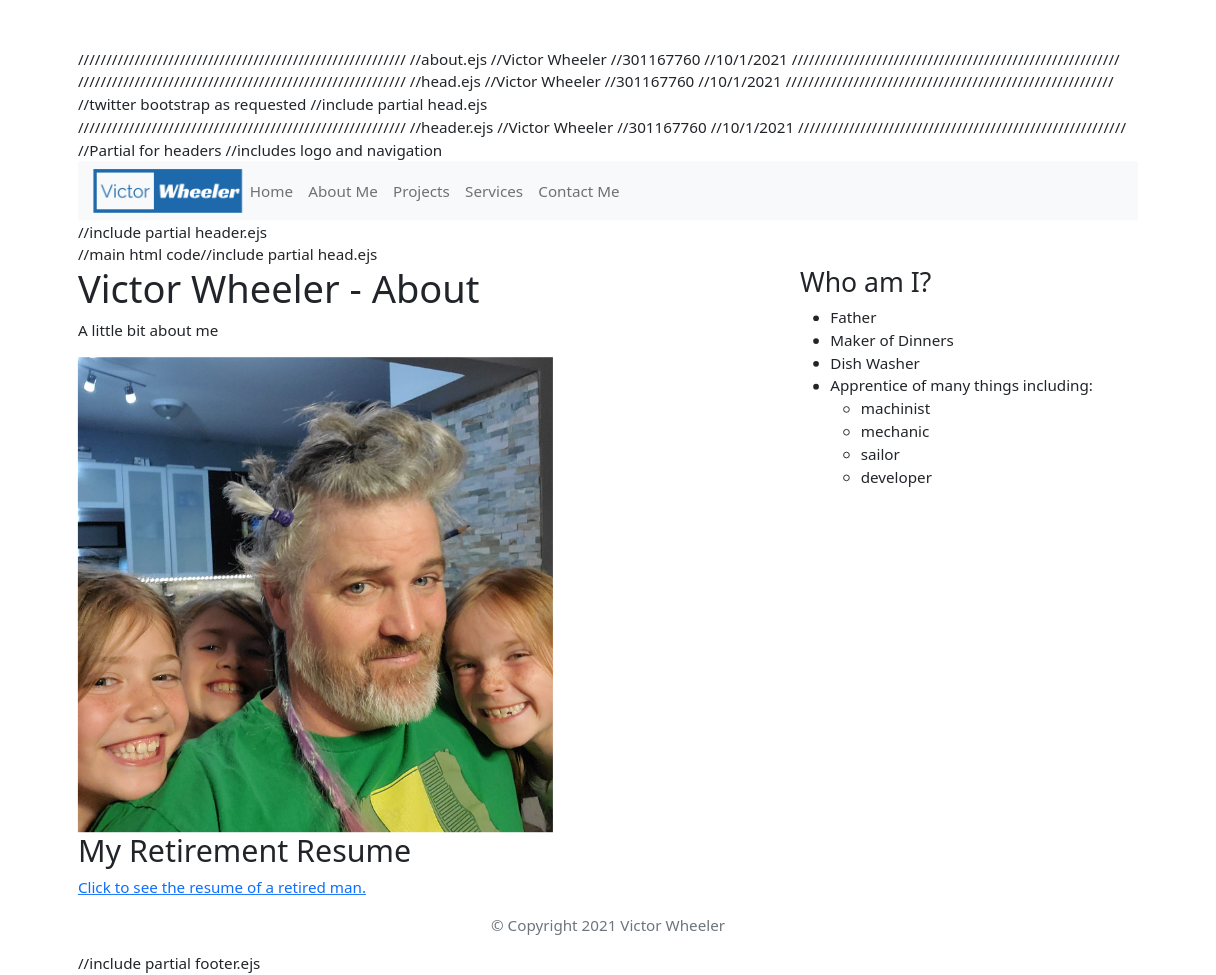
Repository: VictorWheeler/COMP_229_301167760
Page: http://localhost/about
These files come from the project's save history. The page is drawn as it stood at one moment and after the next save; the edit follows.
The browser window is 1280 px wide. The pictures show the whole page, at 95% of full size.
The page is served by the project's Node server (server.js).

Above is the page before, as saved 2021-10-01 10:14:21.

### Express-Portfolio-Site/views/pages/about.ejs
//////////////////////////////////////////////////////////
//about.ejs
//Victor Wheeler
//301167760
//10/1/2021
//////////////////////////////////////////////////////////
<!DOCTYPE html>
<html lang="en">
<head>
  <%- include('../partials/head'); %>   //include partial head.ejs
</head>
<body class="container">

<header>
  <%- include('../partials/header'); %>    //include partial header.ejs
</header>

<main>                                  //main html code//include partial head.ejs
<div class="row">
  <div class="col-sm-8">
    <div class="jumbotron">
      <h1>Victor Wheeler - About</h1>
      <p>A little bit about me</p>
      <img src="/images/aboutme.jpg" alt="Victor Wheeler" width="500" height="500">
      <h2>My Retirement Resume</h2>
      <p><a href="/files/Resume.pdf">Click to see the resume of a retired man.</a></p>
    </div>
  </div>

  <div class="col-sm-4">
    <div class="well">
      <h3>Who am I?</h3>
      <ul>
      <li>Father</li>
      <li>Maker of Dinners</li>
      <li>Dish Washer</li>
      <li>Apprentice of many things including:</li>
        <ul>
          <li>machinist</li>
          <li>mechanic</li>
          <li>sailor</li>
          <li>developer</li>
        </ul>
      </ul>
    </div>
  </div>
</div>
</main>

<footer>
  <%- include('../partials/footer'); %>     //include partial footer.ejs
</footer>

</body>
</html>

### Express-Portfolio-Site/views/partials/head.ejs
//////////////////////////////////////////////////////////
//head.ejs
//Victor Wheeler
//301167760
//10/1/2021
//////////////////////////////////////////////////////////
<meta charset="UTF-8">
<title>Victor Wheeler</title>

<!-- CSS (load bootstrap from a CDN) -->
<link rel="stylesheet" href="/css/bootstrap.min.css">    //twitter bootstrap as requested
<style>
  body { padding-top:50px; }
</style>

### Express-Portfolio-Site/views/partials/header.ejs
//////////////////////////////////////////////////////////
//header.ejs
//Victor Wheeler
//301167760
//10/1/2021
//////////////////////////////////////////////////////////

//Partial for headers
  //includes logo and navigation
<nav class="navbar navbar-expand-lg navbar-light bg-light">
  <a class="navbar-brand"></a><img class="logo" src="/images/vw_logo.png" width="157" height="46" alt="why">
   <ul class="navbar-nav mr-auto">
    <li class="nav-item">
      <a class="nav-link" href="/">Home</a>
    </li>
    <li class="nav-item">
      <a class="nav-link" href="/about">About Me</a>
    </li>
    <li class="nav-item">
      <a class="nav-link" href="/projects">Projects</a>
    </li>
    <li class="nav-item">
      <a class="nav-link" href="/services">Services</a>
    </li>
    <li class="nav-item">
      <a class="nav-link" href="/contact">Contact Me</a>
    </li>
  </ul>
</nav>

### Express-Portfolio-Site/views/partials/footer.ejs
<p class="text-center text-muted">&copy; Copyright 2021 Victor Wheeler</p>

### Express-Portfolio-Site/server.js
//////////////////////////////////////////////////////////
//server.js
//Victor Wheeler
//301167760
//10/1/2021
//////////////////////////////////////////////////////////

//declare variables and constants
var express = require('express');
var app = express();
const bodyParser = require('body-parser')
app.use(bodyParser.urlencoded({extended: true}))
const nodemailer = require('nodemailer')


// set the view engine to ejs
app.set('view engine', 'ejs');

//set public folder as static
app.use(express.static("public"));

// use res.render to load up an ejs view file

// Home page page
app.get('/', function(req, res) {
  res.render('pages/index');
});

// About Me page
app.get('/about', function(req, res) {
  res.render('pages/about');
});

// Projects page
app.get('/projects', function(req, res) {
    res.render('pages/projects');
  });

  // Services page
app.get('/services', function(req, res) {
    res.render('pages/services');
  });

  // Contact Me page
app.get('/contact', function(req, res) {
    res.render('pages/contact');
  });

  // POST route from contact form
app.post('/contact', (req, res) => {
  })

  //set listening port and log to console
app.listen(3000);
console.log('Server is listening on port 3000');

Loaded but not shown: Express-Portfolio-Site/public/css/bootstrap.min.css (library)

After the next save:
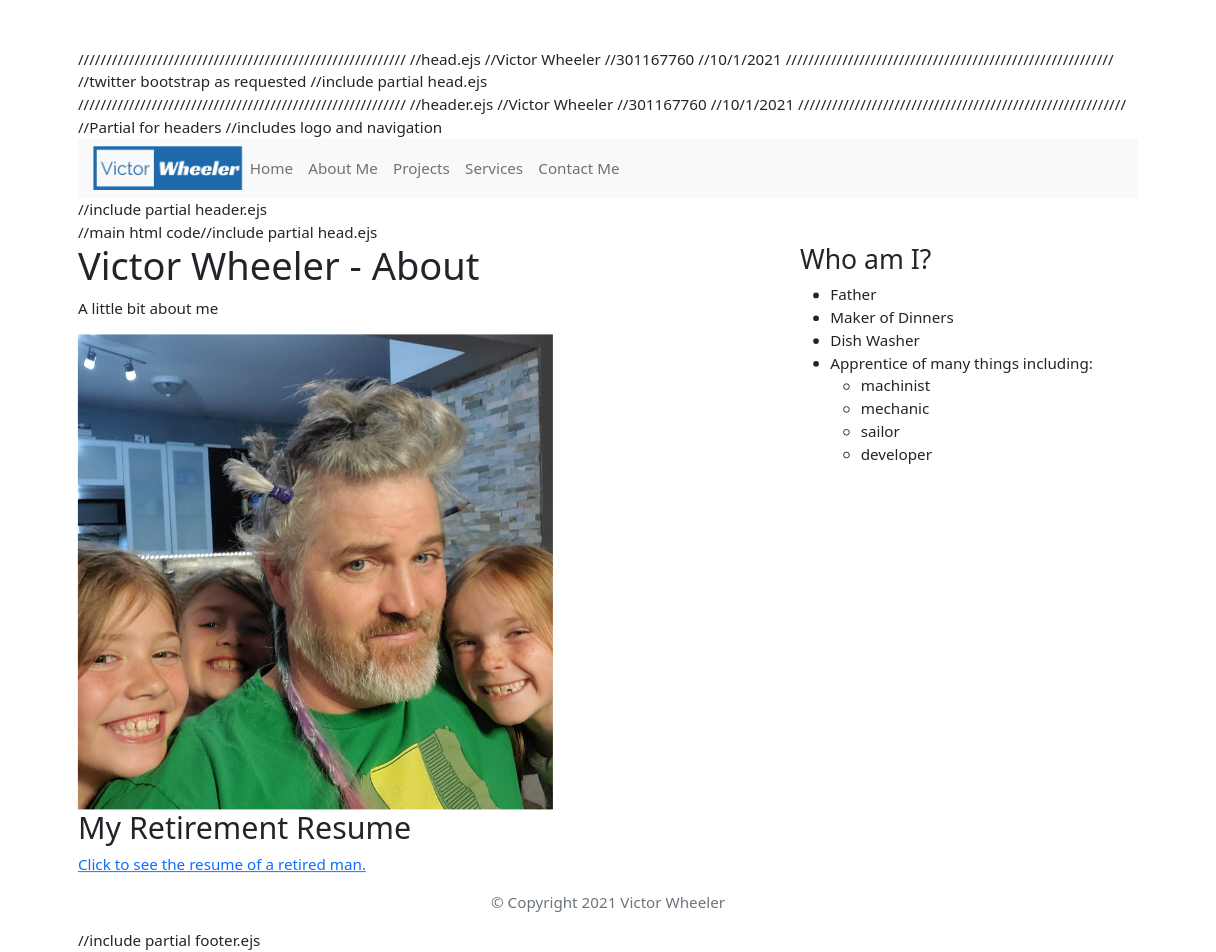
Saved 4 min 12 s later.
--- a/Express-Portfolio-Site/views/pages/about.ejs
+++ b/Express-Portfolio-Site/views/pages/about.ejs
@@ -1,9 +1,9 @@
-//////////////////////////////////////////////////////////
+<%#
 //about.ejs
 //Victor Wheeler
 //301167760
 //10/1/2021
-//////////////////////////////////////////////////////////
+%>
 <!DOCTYPE html>
 <html lang="en">
 <head>
